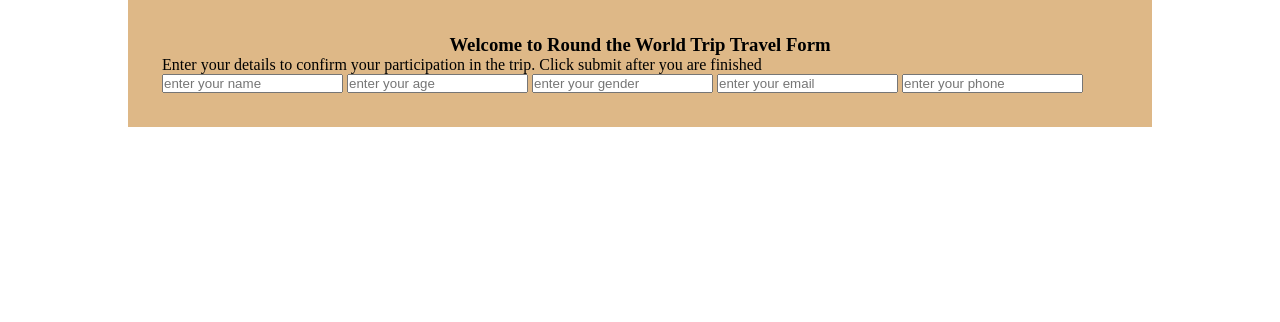
Repository: AvinashLikesToLearnNewStuff/TravelForm
Page: index.html
These files come from the project's save history. The page is drawn as it stood at one moment and after the next save; the edit follows.
The browser window is 1280 px wide. The pictures show the whole page.

Above is the page before, as saved 2023-03-18 16:33:26.
Console error: SyntaxError: Unexpected token '<'

After the next save:
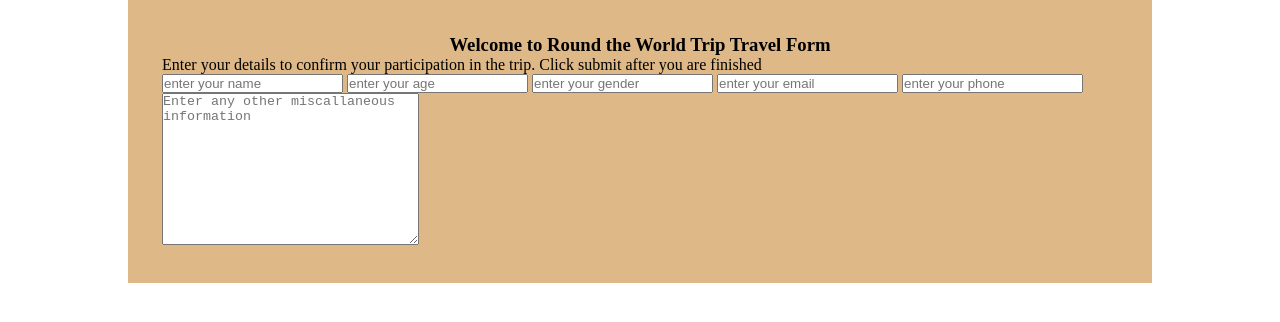
Saved 9 min 47 s later.
--- a/index.html
+++ b/index.html
@@ -45,6 +45,15 @@
           id="phone"
           placeholder="enter your phone"
         />
+
+        <textarea
+          name="desc"
+          id="desc"
+          cols="30"
+          rows="10"
+          placeholder="Enter any other miscallaneous information
+        "
+        ></textarea>
       </form>
     </div>
     <script src="index.js"></script>
